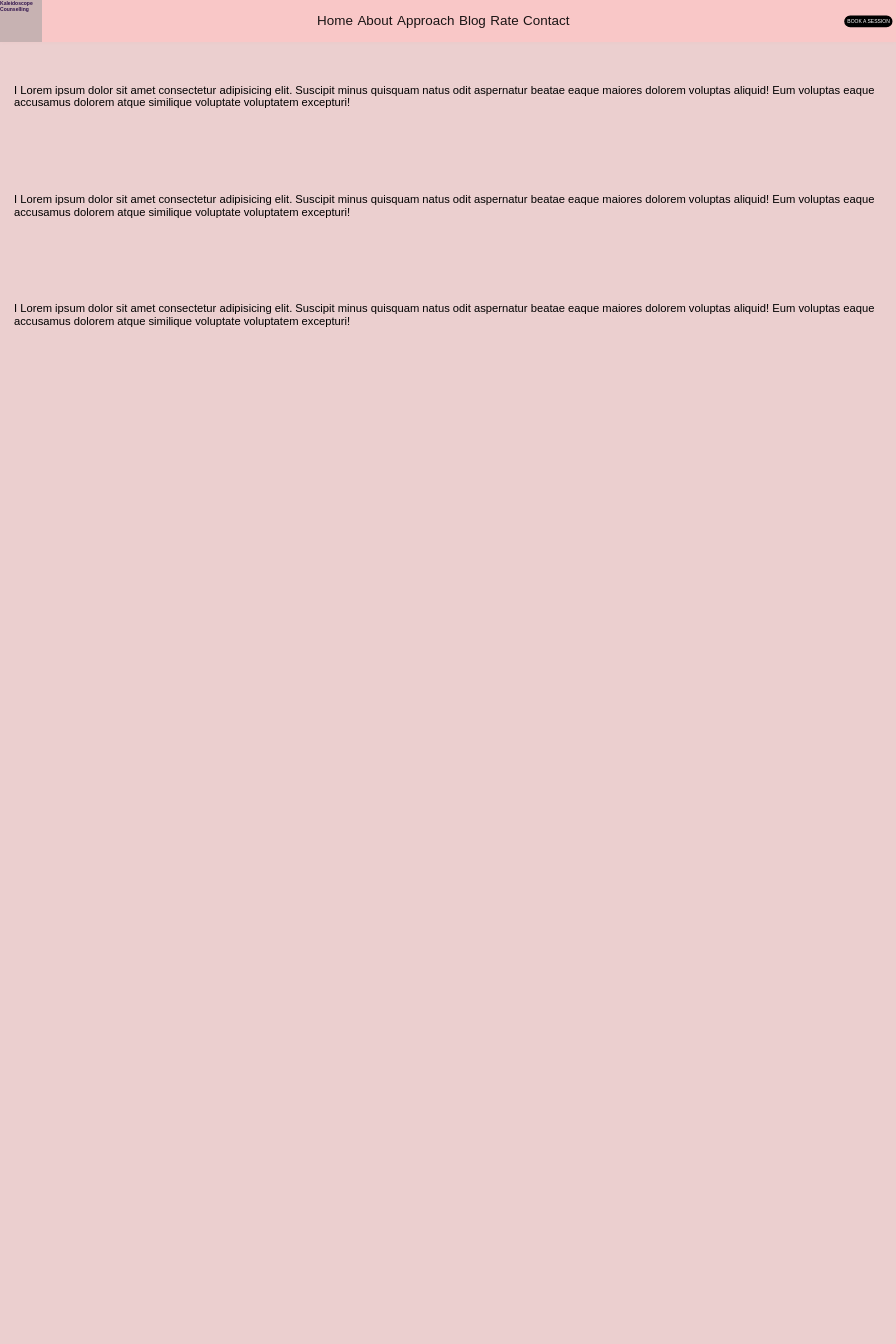
Repository: voutadi/ava-website
Page: index.html
These files come from the project's save history. The page is drawn as it stood at one moment and after a run of saves; the edit follows.
The browser window is 1280 px wide. The pictures show the part of the page from y = 0 to 1920 px (the page is 3120 px tall), at 70% of full size.

Above is the page before, as saved 2024-07-04 01:58:56.

### index.html
<!DOCTYPE html>
<html lang="en">
  <head>
    <meta charset="UTF-8" />
    <meta name="viewport" content="width=device-width, initial-scale=1.0" />
    <link rel="stylesheet" href="styles/style.css" />

    <title>Kaleidoscope Counselling</title>
  </head>
  <body>
    <header>
      <div class="logo-container">
        <div class="logo">
          Kaleidoscope <br />
          Counselling
        </div>
      </div>
      <nav class="navbar">
        <ul>
          <li><a href="#home">Home</a></li>
          <li><a href="#about">About</a></li>
          <li><a href="#approach">Approach</a></li>
          <li><a href="#blog">Blog</a></li>
          <li><a href="#rate">Rate</a></li>
          <li><a href="#contact">Contact</a></li>
        </ul>
      </nav>
      <button>BOOK A SESSION</button>
    </header>

    <p>
      I Lorem ipsum dolor sit amet consectetur adipisicing elit. Suscipit minus
      quisquam natus odit aspernatur beatae eaque maiores dolorem voluptas
      aliquid! Eum voluptas eaque accusamus dolorem atque similique voluptate
      voluptatem excepturi!
    </p>
    <p>
      I Lorem ipsum dolor sit amet consectetur adipisicing elit. Suscipit minus
      quisquam natus odit aspernatur beatae eaque maiores dolorem voluptas
      aliquid! Eum voluptas eaque accusamus dolorem atque similique voluptate
      voluptatem excepturi!
    </p>
    <p>
      I Lorem ipsum dolor sit amet consectetur adipisicing elit. Suscipit minus
      quisquam natus odit aspernatur beatae eaque maiores dolorem voluptas
      aliquid! Eum voluptas eaque accusamus dolorem atque similique voluptate
      voluptatem excepturi!
    </p>
  </body>
</html>

### styles/style.css
* {
  margin: 0;
  padding: 0;
  box-sizing: border-box;
}
body {
   background-color: #ebcfcf;
  height: 3000px;
  font-family: Arial, Helvetica, sans-serif;
  font-size: 1rem;
}
header {
  max-width: 100%; /*Make sure Take all of her parent element(body)on all different devices .*/
  height: 60px;
  position: fixed;
  top: 0;
  left: 0;
  right: 0;
  background-color: #f9c7c7;

  display: flex;
  justify-content: space-between;
  align-items: center;

  box-shadow: 0 2px 4px rgba(243, 172, 172, 0.15); /* Adds a subtle shadow for depth, optional */
}
.logo-container {
  width: 60px;/* Put condition for smaller or biger divice*/


  background-color: #c7b2b2;
  height: 60px;
}
.logo {
  color: rgb(50, 21, 77);
  font-size: 0.45rem;
  font-weight: bold;
}

.navbar ul {
  display: flex;
  flex: 1;
  justify-content: center;
  list-style-type: none;
  flex-wrap: wrap;
}
.navbar li {
  display: flex;
  justify-content: end;
  margin: 1rem;
}
.navbar a {
  font-size: 20px;
  color: rgb(25, 20, 20);
  font-weight: 500;

  text-decoration: none;
}
.navbar a:hover {
  background-color: rgb(192, 175, 175);
  padding: 2px 4px;
  border-radius: 6px;
  transition: 0.15s;
}

.navbar a:active {
  background-color: rgb(176, 163, 163);




}

button {
  background-color: black;
  color: white;
  font-size: 1rem;
  padding: 8px 12px;
  margin-right: 1.5rem;
  border-width: 2px;
  border-style: solid;
  border-radius: 20px;
  cursor: pointer;
}
button:hover {
  background-color:white;

  color:black;
  transition: 0.15s;
  padding: 12px 18px;
}
button:active {
  padding: 18px 24px;
}
p {
  margin-top: 120px;
  margin-left: 20px;
}
@media (max-width: 380px) {
  body {
    font-size: 0.35rem;
  }
   /* Smaller font size */

  }


  button {
    font-size: 0.45rem;
    padding: 2px;
    margin-right: 0.3rem;

  }
  button:hover {
    font-size: 0.45rem;
    padding: 2px;


  }
  button:active {
    padding: 3px;
  }
  .navbar li {
    margin: 0.2rem;
  }
  .navbar a {
    font-size: 0.55rem;
  }


@media (min-width: 381px) and (max-width: 600px) {
  body {
    font-size: 0.5rem;
  } /* Smaller font size */
  button {
    font-size: 0.5rem;
    padding: 2px 4px;
    margin-right: 0.5rem;
    border-radius: 10px;
  }
  button:hover {
    font-size: 0.5rem;
    padding: 2px;
  }
  button:active {
    padding: 3px;
  }
  .navbar li {
    margin: 0.3rem;
  }
  .navbar a {
    font-size: 0.6rem;
  }
}
@media (min-width: 601px) and (max-width: 900px) {
  body {
    font-size: 0.75rem;
  } /* Smaller font size */
  button {
    font-size: 0.75rem;
    padding: 2px 4px;
    margin-right: 0.75rem;
    border-radius: 10px;
  }
  button:hover {
    font-size: 0.75rem;
    padding: 2px;
  }
  button:active {
    padding: 3px;
  }
  .navbar li {
    margin: 0.5rem;
  }
  .navbar a {
    font-size: 0.8rem;
  }
}
@media (min-width:901px){
  .navbar a {
    font-size: 1.2rem;


  }
  .navbar li {
    margin: rem;
  }

}

After the next 3 saves:
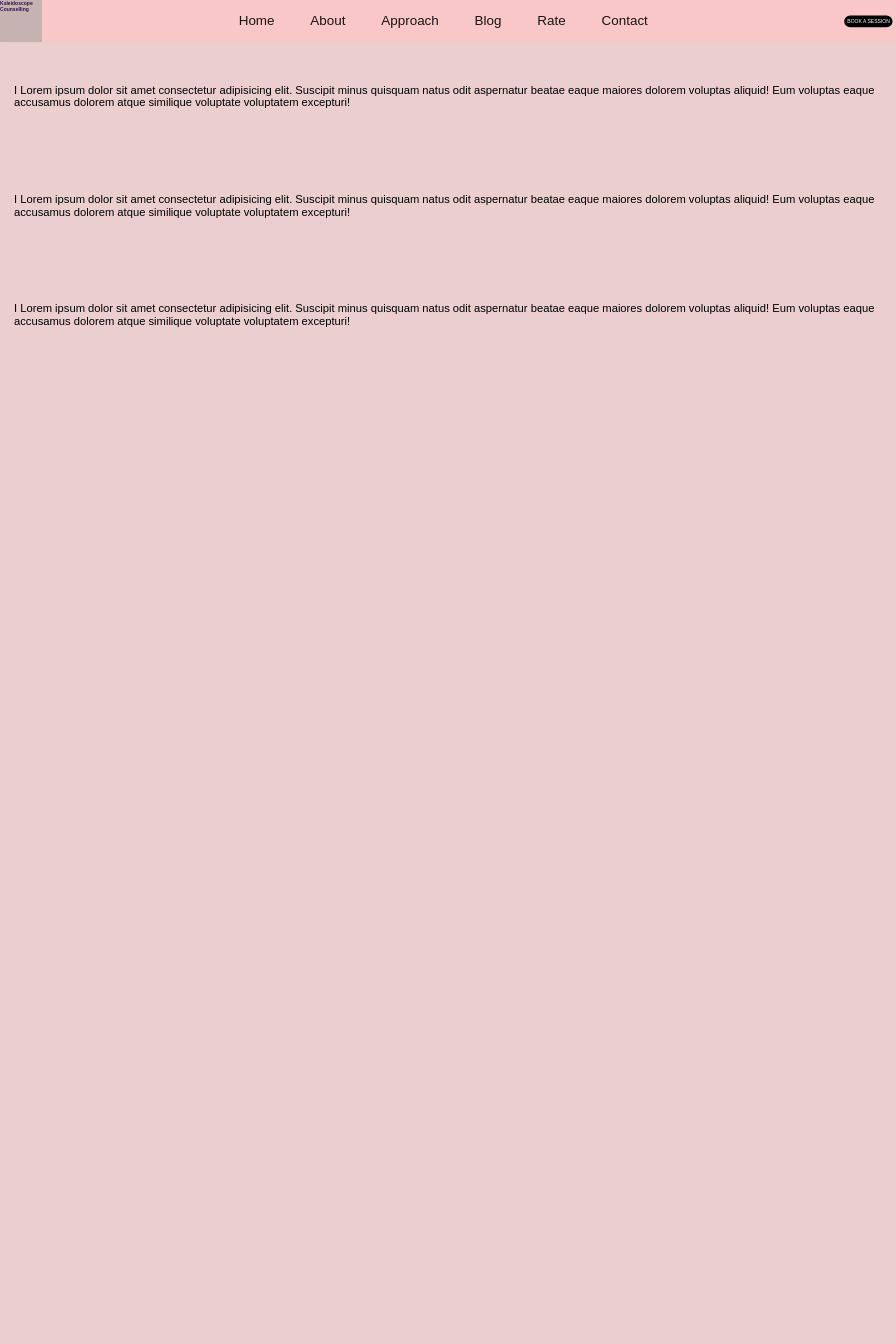
The 3 saves are shown as one change because they came seconds apart.
The last was saved 18 s later.
--- a/styles/style.css
+++ b/styles/style.css
@@ -183,7 +183,7 @@ p {
 
   }
   .navbar li {
-    margin: rem;
+    margin: 1.6rem;
   }
 
 }
